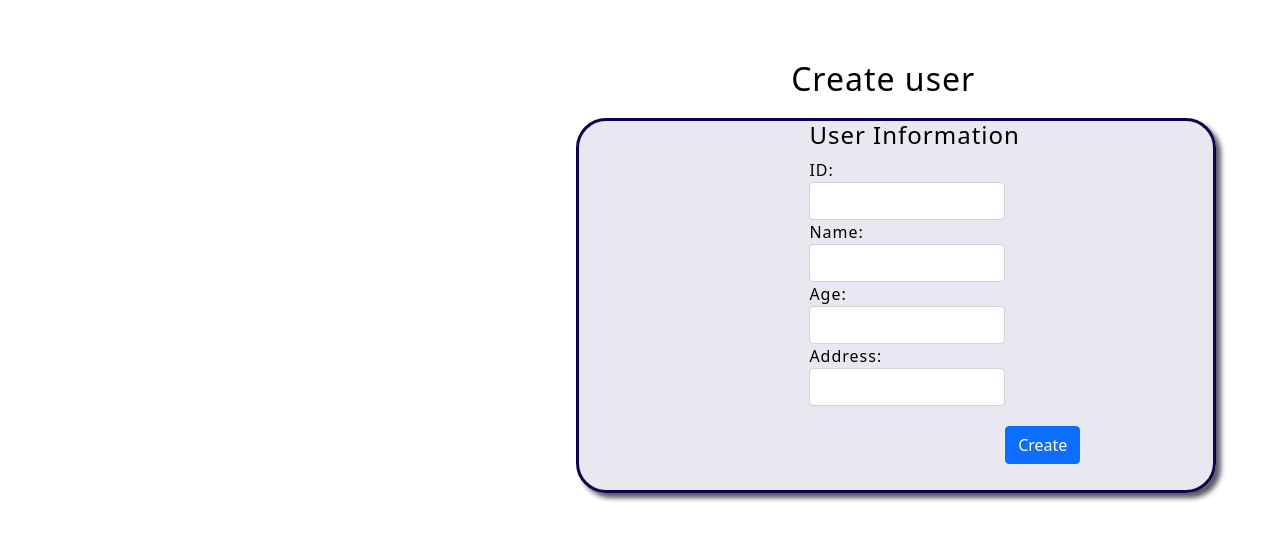
Repository: minhtuan16/JS-Basic
Page: CRUD-Department/create.html
These files come from the project's save history. The page is drawn as it stood at one moment and after the next save; the edit follows.
The browser window is 1280 px wide. The pictures show the whole page.

Above is the page before, as saved 2022-06-09 00:15:07.

After the next save:
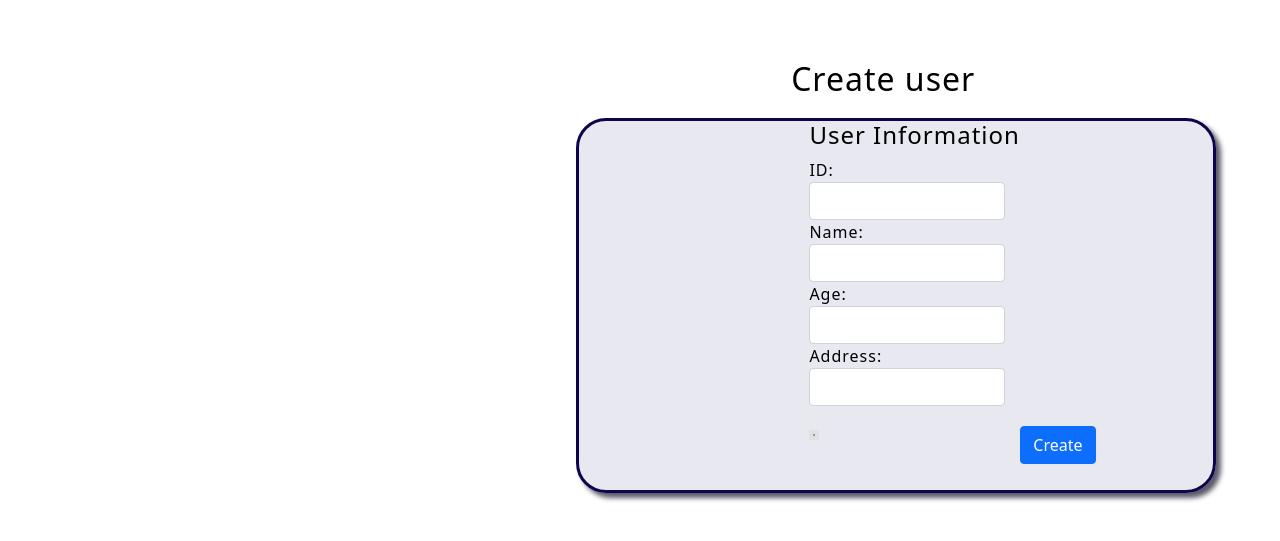
Saved 30 s later.
--- a/CRUD-Department/create.html
+++ b/CRUD-Department/create.html
@@ -35,7 +35,7 @@
             <label>Address:</label>
             <input class="form-control" id="address" type="text" value="" />
         </div>
-
+        <a href="users.html"></a>
         <button type="button" class="btn btn-primary" id="btnSave" onclick="create()">Create</button>
 
         <button type="button" class="btn btn-primary" id="btnUpdate" onclick="update()" style="display: none;">Save</button>
